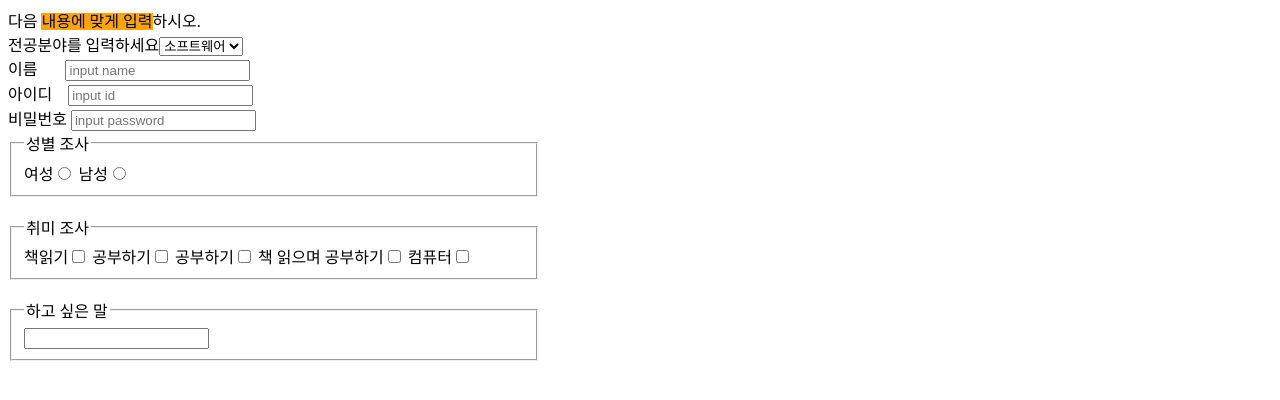
Repository: jwlee0714/HTML
Page: html/quiz-설문조사.html
The author's editor kept a copy of each file at every save. The page is drawn from the files as they stood at one save, then again after the next save.
The browser window is 1280 px wide. The pictures show the whole page.

Above is the page before, as saved 2021-10-05 08:48:16.

After the next save:
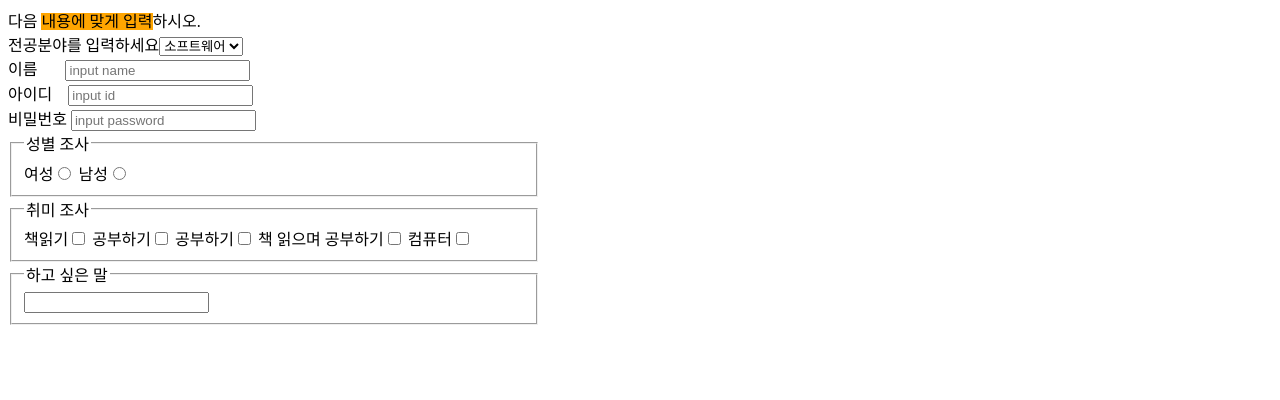
Saved 36 s later.
--- a/html/quiz-설문조사.html
+++ b/html/quiz-설문조사.html
@@ -34,7 +34,7 @@
 		<legend>성별 조사 </legend>
 		여성<input type="radio">
 		남성<input type="radio">
-</fieldset><br>
+</fieldset>
 <fieldset style="width:500px;">
 		<legend>취미 조사 </legend>
 		책읽기<input type="checkbox">
@@ -42,7 +42,7 @@
 		공부하기<input type="checkbox">
 		책 읽으며 공부하기<input type="checkbox">
 		컴퓨터<input type="checkbox">
-</fieldset><br>
+</fieldset>
 <fieldset style="width:500px;">
 		<legend>하고 싶은 말 </legend>
 		<input type="text">
